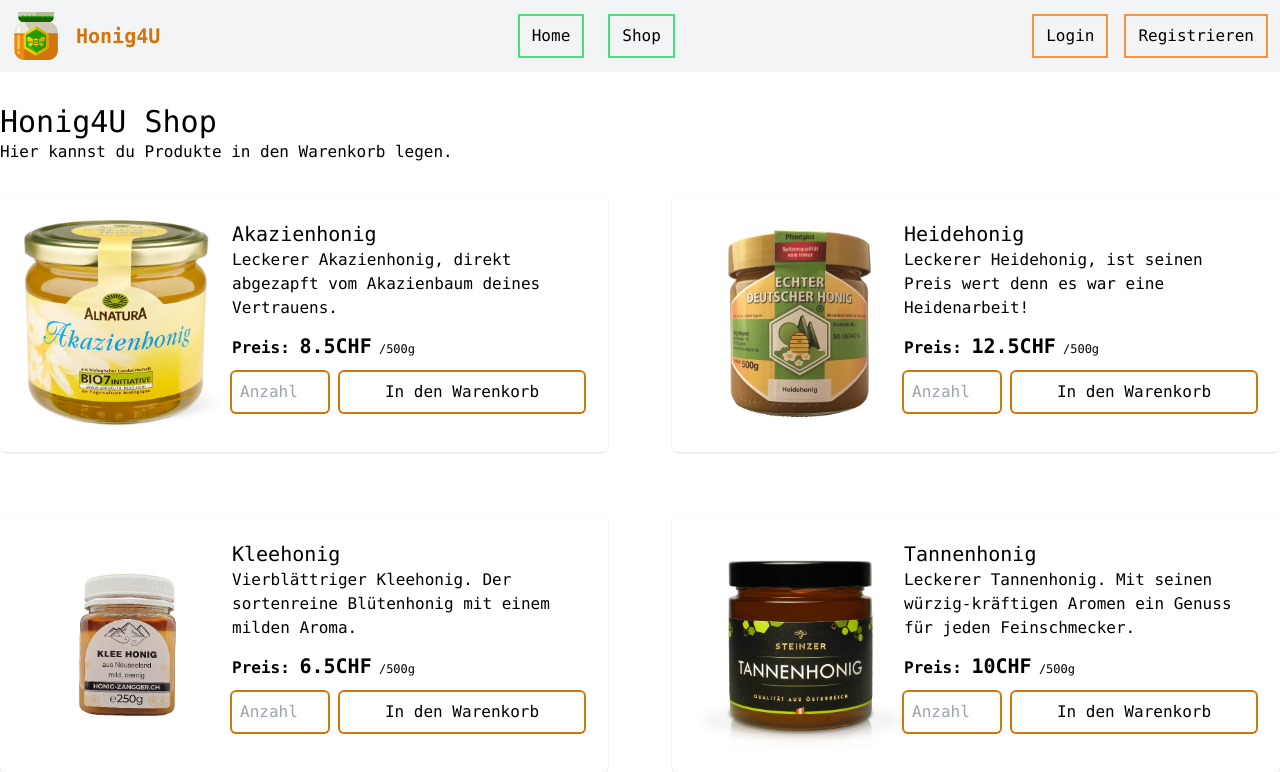
Repository: cainytheslave/PHPHonigShop
Page: http://localhost/shop.php
The author's editor kept a copy of each file at every save. The page is drawn from the files as they stood at one save, then again after the next save.
The browser window is 1280 px wide. The pictures show the whole page.
The page is run by PHP 8.4 with error messages shown; the project is at /var/www/html/. Style sheets and scripts are compiled from the project's sources, by tool versions that may differ from the author's.

Above is the page before, as saved 2022-03-11 02:06:52.

### shop.php
<?php
// Session starten
session_start();

// Produktdaten holen
$produkte = require('core/produkte.php');
$einstellungen = require('core/einstellungen.php');

// Warenkorb erstellen wenn noch nicht passiert
if (!isset($_SESSION['warenkorb'])) {
    $_SESSION['warenkorb'] = [];
}

// Lauschen ob etwas in den Warenkorb gelegt wurde
foreach ($produkte as $id => $produkt) {
    if (isset($_POST[$id])) {
        if (isset($_POST['count'])) {
            if (is_numeric($_POST['count'])) {
                $vorherigerStand = 0;
                if (isset($_SESSION['warenkorb'][$id])) {
                    $vorherigerStand = $_SESSION['warenkorb'][$id];
                }
                $_SESSION['warenkorb'][$id] = intval($_POST['count']) + $vorherigerStand;

                $success = ['Super! ' . $_POST['count'] . ' Gläser ' . $produkt['name'] . ' wurden in den Warenkorb gelegt.'];
            } else {
                $errors = ['Die Anzahl muss eine Zahl sein.'];
            }
        } else {
            $errors = ['Das Feld Anzahl muss ausgefüllt werden.'];
        }
    }
}

?>


<!DOCTYPE html>
<html lang="en">

<head>
    <meta charset="UTF-8">
    <meta http-equiv="X-UA-Compatible" content="IE=edge">
    <meta name="viewport" content="width=device-width, initial-scale=1.0">
    <title><?= $einstellungen['firma'] ?> Shop</title>

    <?php include('includes/head.inc.php') ?>
</head>

<body class="font-mono">

    <?php include('includes/header.inc.php') ?>

    <main class="px-6 mx-auto max-w-7xl lg:px-0">

        <!-- Erfolgsmeldungen -->
        <?php if (isset($success)) echo Komponente::alert(false, $success) ?>

        <!-- Fehlermeldungen -->
        <?php if (isset($errors)) echo Komponente::alert(true, $errors) ?>

        <!-- Titel -->
        <section class="my-8">
            <h1 class="text-3xl">Honig4U Shop</h1>
            <p>Hier kannst du Produkte in den Warenkorb legen.</p>
        </section>

        <!-- Produkte -->
        <section class="grid gap-8 lg:grid-cols-2 md:gap-16">
            <?php foreach ($produkte as $id => $produkt) : ?>
                <div class="flex flex-col p-6 bg-white rounded-md shadow sm:flex-row hover:scale-105">
                    <img src="images/<?= $id ?>.png" class="object-contain w-52 h-52" alt="">
                    <div>
                        <h2 class="text-xl"><?= $produkt['name'] ?></h2>
                        <p><?= $produkt['beschreibung'] ?></p>
                        <p class="mt-3 font-semibold">Preis: <span class="text-xl"><?= $produkt['preis'] ?>CHF</span><span class="text-xs font-thin"> /500g</span></p>
                        <form class="flex items-stretch gap-3 mt-3" action="" method="POST">
                            <input class="w-24 px-2 py-2 rounded ring-2 ring-honey" type="number" required min="0" name="count" placeholder="Anzahl">
                            <input class="px-2 py-2 rounded grow ring-2 ring-honey" type="submit" required name="<?= $id ?>" value="In den Warenkorb">
                        </form>
                    </div>
                </div>
            <?php endforeach; ?>
        </section>

    </main>
</body>

</html>

### core/produkte.php
<?php

return [
    'akazie' => [
        'name' => 'Akazienhonig',
        'beschreibung' => 'Leckerer Akazienhonig, direkt abgezapft vom Akazienbaum deines Vertrauens.',
        'preis' => 8.5
    ],
    'heide' => [
        'name' => 'Heidehonig',
        'beschreibung' => 'Leckerer Heidehonig, ist seinen Preis wert denn es war eine Heidenarbeit!',
        'preis' => 12.5
    ],
    'klee' => [
        'name' => 'Kleehonig',
        'beschreibung' => 'Vierblättriger Kleehonig. Der sortenreine Blütenhonig mit einem milden Aroma.',
        'preis' => 6.5,
    ],
    'tannen' => [
        'name' => 'Tannenhonig',
        'beschreibung' => 'Leckerer Tannenhonig. Mit seinen würzig-kräftigen Aromen ein Genuss für jeden Feinschmecker.',
        'preis' => 10
    ]
];

### core/einstellungen.php
<?php

return [
    'firma' => 'Honig4U'
];

### includes/head.inc.php
<!-- Styling -->
<link rel="stylesheet" href="style.css">

<!-- AlpineJS (Javascript Framework für Mobiles Menu https://alpinejs.dev) -->
<script defer src="https://unpkg.com/alpinejs@3.x.x/dist/cdn.min.js"></script>

### includes/header.inc.php
<?php

require('core/Komponente.php');
$einstellungen = require('core/einstellungen.php');

?>

<!-- Header -->
<header class="w-full bg-gray-100" x-data="{open: false}">
    <!-- Desktop -->
    <div class="flex items-center justify-between px-3 py-3 mx-auto max-w-7xl">

        <!-- Logo -->
        <div class="flex items-center gap-4">
            <img src="images/logo.svg" class="w-12 h-12" alt="Logo">
            <p class="text-xl font-semibold text-honey"><?= $einstellungen['firma'] ?></p>
        </div>

        <!-- Navigation-->
        <div class="items-center hidden gap-6 sm:flex">
            <?= Komponente::link('Home', 'index.php', 'green') ?>
            <?= Komponente::link('Shop', 'shop.php', 'green') ?>
        </div>

        <!-- Warenkorb / Login -->
        <div class="flex items-center gap-4">
            <?php if (isset($_SESSION['user'])) : ?>

                <?= Komponente::link('<img src="images/basket.svg" class="w-8 h-8" alt="">', 'warenkorb.php') ?>

                <?= Komponente::link('<img src="images/logout.svg" class="w-8 h-8" alt="">', 'logout.php?to=login.php') ?>
            <?php else : ?>
                <?= Komponente::link('Login', 'login.php') ?>
                <?= Komponente::link('Registrieren', 'registrierung.php') ?>
            <?php endif; ?>
        </div>

        <!-- Mobile Trigger -->
        <img @click="open = !open" src="images/menu.svg" class="block w-10 h-10 sm:hidden" alt="">
    </div>

    <!-- Mobile Menu -->
    <div class="flex flex-col gap-3 px-3 border-t-2 sm:hidden" x-show="open" style="display:none">
        <!-- Navigation-->
        <?= Komponente::link('Home', 'index.php', 'green') ?>
        <?= Komponente::link('Shop', 'shop.php', 'green') ?>
    </div>
</header>

### core/Komponente.php
<?php

class Komponente
{

    static function link($text = "", $href = "", $border = "orange")
    {
        $classes = "text-center px-3 py-2 border-2 hover:bg-gray-200 active:scale-95 hover:scale-105 border-$border-400";
        return "<a href='$href' class='$classes'>$text</a>";
    }

    static function button($text = "", $name = "", $border = "orange")
    {
        $classes = "text-center cursor-pointer px-3 py-2 border-2 hover:bg-gray-200 active:scale-95 hover:scale-105 border-$border-400";
        return "<input type='submit' name='$name' class='$classes' value='$text' />";
    }

    static function input($type = "text", $placeholder = '', $name = '', $required = 'true')
    {
        $classes = "grow text-left px-3 py-2 border-2 active:scale-95 border-orange-400";
        return "<input type='$type' name='$name' required='$required' class='$classes' placeholder='$placeholder' />";
    }

    static function alert($error = true, $data)
    {
        if (count($data) <= 0) return '';

        $str = '<section class="w-full p-4 mx-auto mt-4 bg-green-300 border-2 border-green-500 shadow-xl">';
        if ($error) $str = '<section class="w-full p-4 mx-auto mt-4 bg-red-300 border-2 border-red-500 shadow-xl">';

        foreach ($data as $entry) {
            $str .= '<p class="text-lg font-semibold">' . $entry . '</p>';
        }

        $str .= '</section>';

        return $str;
    }
}

### tailwind.config.js
module.exports = {
    content: [
        "./*.{html,js,php}",
        "./core/*.php",
        "./includes/*.php"
    ],
    theme: {
        extend: {
            colors: {
                honey: '#d3750d',
                honeylight: '#d3ab05',
                honeygreen: '#239b02'
            }
        },
    },
    safelist: [{
            pattern: /border-(orange|green|red)-400/,
        },
        {
            pattern: /border-(green|red)-500/
        },
        {
            pattern: /bg-(green|red)-300/
        },
        {
            pattern: /cursor-pointer/
        },
        {
            pattern: /w-8/
        },
        {
            pattern: /h-8/
        }

    ],
    plugins: [],
}

### images/logo.svg
<?xml version="1.0" encoding="iso-8859-1"?>
<!-- Generator: Adobe Illustrator 19.0.0, SVG Export Plug-In . SVG Version: 6.00 Build 0)  -->
<svg version="1.1" id="Layer_1" xmlns="http://www.w3.org/2000/svg" xmlns:xlink="http://www.w3.org/1999/xlink" x="0px" y="0px"
	 viewBox="0 0 496.8 496.8" style="enable-background:new 0 0 496.8 496.8;" xml:space="preserve">
<path style="fill:#EAE9DA;" d="M472.4,403.2c0,56-46.4,92.8-102.4,92.8H128.4c-56,0-104-44.8-104-92.8V204.8
	C24.4,149.6,70,104,125.2,104h245.6c56,0,100.8,45.6,100.8,100.8v198.4H472.4z"/>
<path style="fill:#CCCAB6;" d="M128.4,104H370c56,0,102.4,41.6,102.4,97.6v197.6c0,56-46.4,97.6-102.4,97.6"/>
<path style="fill:#EA8B18;" d="M24.4,224v174.4c0,56,46.4,97.6,102.4,97.6H370c56,0,102.4-41.6,102.4-97.6V224H24.4z"/>
<path style="fill:#D3750D;" d="M128.4,496H370c56,0,102.4-41.6,102.4-97.6v-172L126,224.8"/>
<path style="fill:#F7CA4D;" d="M80.4,376.8c0,6.4-5.6,12-12,12l0,0c-6.4,0-12-5.6-12-12V247.2c0-6.4,5.6-12,12-12l0,0
	c6.4,0,12,5.6,12,12V376.8z"/>
<path style="fill:#FFFFFF;" d="M80.4,201.6c0,6.4-5.6,12-12,12l0,0c-6.4,0-12-5.6-12-12v-38.4c0-5.6,5.6-11.2,12-11.2l0,0
	c6.4,0,12,5.6,12,12V201.6z"/>
<path style="fill:#F7CA4D;" d="M80.4,423.2c0,6.4-5.6,12-12,12l0,0c-6.4,0-12-5.6-12-12v-8c0-6.4,5.6-12,12-12l0,0
	c6.4,0,12,5.6,12,12V423.2z"/>
<path style="fill:#239B02;" d="M430.8,52c0,26.4-21.6,52-48,52H114c-26.4,0-48-25.6-48-52l0,0c0-26.4,21.6-52,48-52h268
	C409.2,0,430.8,25.6,430.8,52L430.8,52z"/>
<path style="fill:#1A6000;" d="M430.8,53.6L430.8,53.6c0,26.4-21.6,50.4-48,50.4H114c-26.4,0-48-22.4-48-48.8l0,0"/>
<path style="fill:#CCCAB6;" d="M437.2,12c0-8-6.4-12-13.6-12H73.2c-8,0-13.6,4-13.6,12c0,4.8,2.4,8,5.6,10.4
	c2.4,13.6,14.4,23.2,28,23.2c8.8,0,16.8-4.8,22.4-11.2c5.6,6.4,12.8,10.4,22.4,10.4c8.8,0,16.8-4,22.4-10.4
	c5.6,6.4,12.8,10.4,22.4,10.4c8.8,0,16.8-4,22.4-10.4c5.6,6.4,12.8,10.4,22.4,10.4s16.8-4,22.4-10.4c5.6,6.4,12.8,10.4,22.4,10.4
	c9.6,0,16.8-4,22.4-10.4c5.6,6.4,12.8,10.4,22.4,10.4c8.8,0,16.8-4,22.4-10.4c5.6,6.4,12.8,10.4,22.4,10.4c8.8,0,16.8-4,22.4-10.4
	c5.6,6.4,12.8,10.4,22.4,10.4c14.4,0,25.6-9.6,28-23.2C434.8,20,437.2,16.8,437.2,12z"/>
<path style="fill:#BAB699;" d="M423.6,0H248.4v35.2c0,0,0-0.8,0.8-0.8c5.6,6.4,12.8,10.4,21.6,10.4c8.8,0,16.8-4,22.4-10.4
	c5.6,6.4,12.8,10.4,22.4,10.4c8.8,0,16.8-4,22.4-10.4c5.6,6.4,12.8,10.4,22.4,10.4c8.8,0,16.8-4,22.4-10.4
	c5.6,6.4,12.8,10.4,22.4,10.4c14.4,0,25.6-10.4,28-24c3.2-2.4,5.6-4.8,5.6-9.6C437.2,4,430.8,0,423.6,0z"/>
<rect x="24.4" y="224" style="fill:#C65E00;" width="448" height="8"/>
<polygon style="fill:#F9CA06;" points="376.4,376 248.4,452 120.4,376 120.4,224 248.4,147.2 376.4,224 "/>
<polyline style="fill:#D3AB05;" points="248.4,147.2 376.4,224 376.4,376 248.4,452 "/>
<polygon style="fill:#34B515;" points="352.4,359.2 248.4,418.4 144.4,359.2 144.4,240.8 248.4,180.8 352.4,240.8 "/>
<polyline style="fill:#239B02;" points="144.4,240.8 249.2,180.8 352.4,240.8 352.4,359.2 248.4,418.4 "/>
<g>
	<polygon style="fill:#F9CA06;" points="224.4,328 224.4,339.2 226,344 270.8,344 272.4,339.2 272.4,328 	"/>
	<polygon style="fill:#F9CA06;" points="272.4,296 272.4,283.2 248.4,272 224.4,283.2 224.4,296 	"/>
</g>
<g>
	<rect x="224.4" y="304" style="fill:#D3AB05;" width="48" height="16"/>
	<polygon style="fill:#D3AB05;" points="236.4,352 248.4,363.2 260.4,352 	"/>
</g>
<g>
	<polygon style="fill:#F9CA06;" points="216.4,280 216.4,308.8 166.8,305.6 153.2,265.6 179.6,253.6 	"/>
	<polygon style="fill:#F9CA06;" points="216.4,336.8 216.4,316 180.4,318.4 170.8,347.2 190,356 	"/>
</g>
<g>
	<polygon style="fill:#D3AB05;" points="280.4,280 280.4,308.8 330,305.6 343.6,265.6 317.2,253.6 	"/>
	<polygon style="fill:#D3AB05;" points="280.4,336.8 280.4,316 316.4,318.4 326,347.2 306.8,356 	"/>
</g>
<g>
</g>
<g>
</g>
<g>
</g>
<g>
</g>
<g>
</g>
<g>
</g>
<g>
</g>
<g>
</g>
<g>
</g>
<g>
</g>
<g>
</g>
<g>
</g>
<g>
</g>
<g>
</g>
<g>
</g>
</svg>

### images/menu.svg
<svg width="512px" height="512px" viewBox="0 0 512 512" xmlns="http://www.w3.org/2000/svg"><path fill="#000" d="M32 96v64h448V96H32zm0 128v64h448v-64H32zm0 128v64h448v-64H32z"/></svg>

Loaded but not shown: tailwind.css (common file)

After the next save:
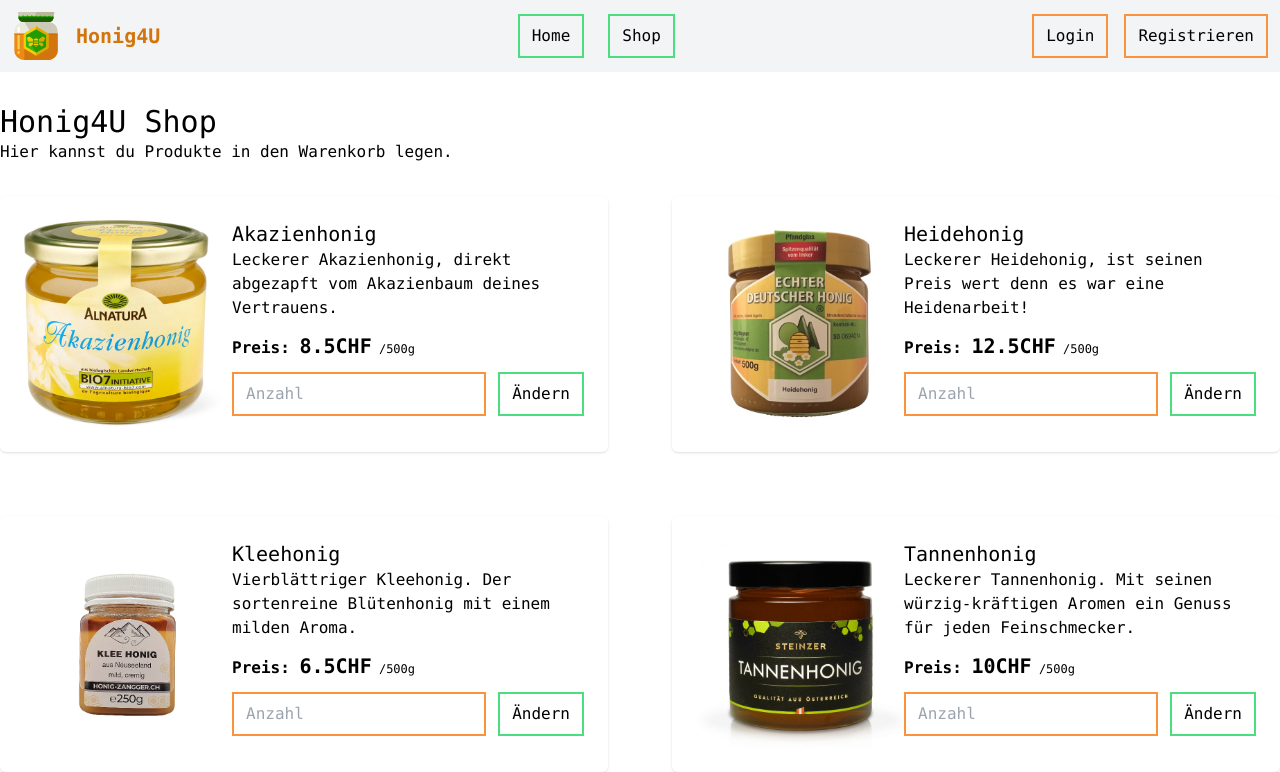
Saved 102 s later.
--- a/shop.php
+++ b/shop.php
@@ -75,8 +75,8 @@
                         <p><?= $produkt['beschreibung'] ?></p>
                         <p class="mt-3 font-semibold">Preis: <span class="text-xl"><?= $produkt['preis'] ?>CHF</span><span class="text-xs font-thin"> /500g</span></p>
                         <form class="flex items-stretch gap-3 mt-3" action="" method="POST">
-                            <input class="w-24 px-2 py-2 rounded ring-2 ring-honey" type="number" required min="0" name="count" placeholder="Anzahl">
-                            <input class="px-2 py-2 rounded grow ring-2 ring-honey" type="submit" required name="<?= $id ?>" value="In den Warenkorb">
+                            <?= Komponente::input('number', 'Anzahl', 'count') ?>
+                            <?= Komponente::button('Ändern', $id, 'green') ?>
                         </form>
                     </div>
                 </div>
